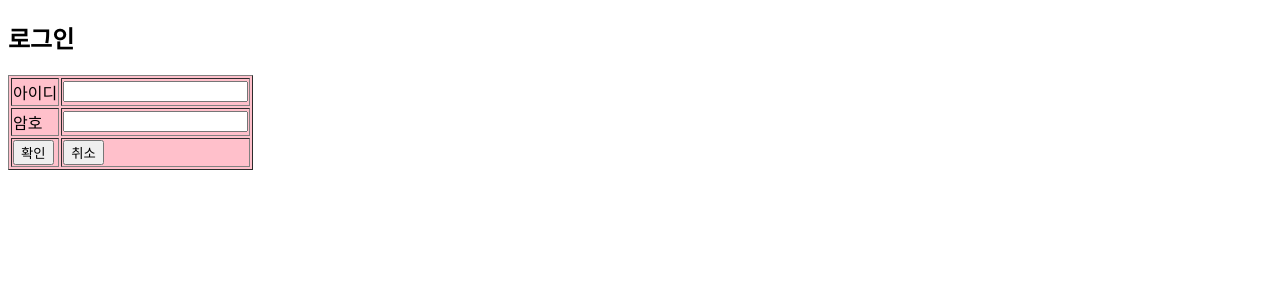
Repository: SongHyeSun/JSP
Page: http://localhost/och12/loginForm.jsp
An editor plug-in stored every save of this project. The page is shown before and after the next save, followed by the edit.
The browser window is 1280 px wide. The pictures show the whole page.
The page is served by Tomcat 9. Other server files are loaded and not shown.

Above is the page before, as saved 2024-07-23 01:45:22.

### jspSrc17/och12/src/main/webapp/loginForm.jsp
<%@ page language="java" contentType="text/html; charset=UTF-8"
    pageEncoding="UTF-8"%>
<!DOCTYPE html>
<html>
<head>
<meta charset="UTF-8">
<title>Insert title here</title>
<style type="text/css">
	table {
		background-color: pink;
	}
	tr {
		font-size: 24;
	}
</style>
</head>
<body>
	<h2>로그인</h2>
	<form action="loginPro.jsp" method="post">
		<table border="1">
			<tr>
				<td>아이디</td>
				<td><input type="text" name="id" required="required"></td>
			</tr>
			<tr>
				<td>암호</td>
				<td><input type="password" name="passwd" required="required"></td>
			</tr>
			<tr>
				<td><input type="submit" value="확인"></td>
				<td><input type="reset" value="취소"></td>
			</tr>
		</table>
	</form><p>
</body>
</html>

After the next save:
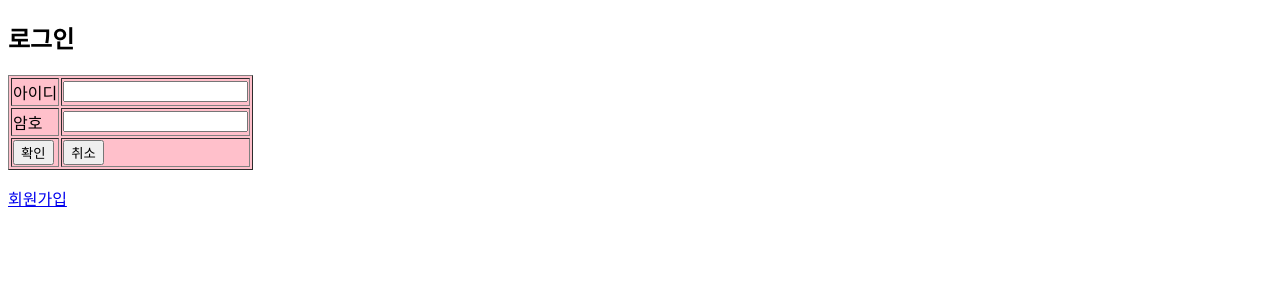
Saved 5 min 51 s later.
--- a/jspSrc17/och12/src/main/webapp/loginForm.jsp
+++ b/jspSrc17/och12/src/main/webapp/loginForm.jsp
@@ -32,5 +32,6 @@
 			</tr>
 		</table>
 	</form><p>
+		<a href="joinForm.jsp">회원가입</a>
 </body>
 </html>
